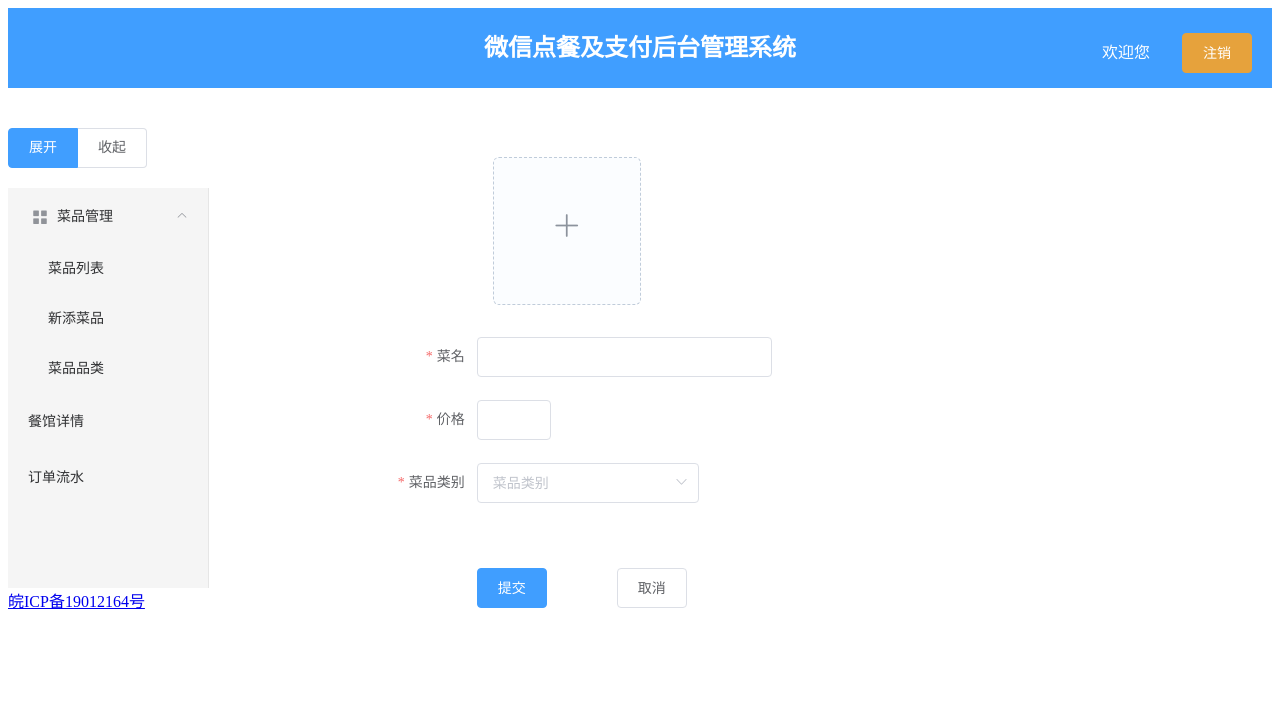
Repository: align-shi/order-web
Page: /pointpayment/hotelTable
An editor plug-in stored every save of this project. The page is shown before and after the next save, followed by the edit.
The browser window is 1280 px wide. The pictures show the whole page.
The page's requests for data from a server got no answer. The project was rebuilt for these pictures with package versions that can differ from the ones it lists, and the page was loaded fresh each time. No one was signed in, and anything a server would have sent is missing. Also part of the build but not shown: src/pages/login.vue.

Above is the page before, as saved 2020-03-11 10:22:27.

After the next save:
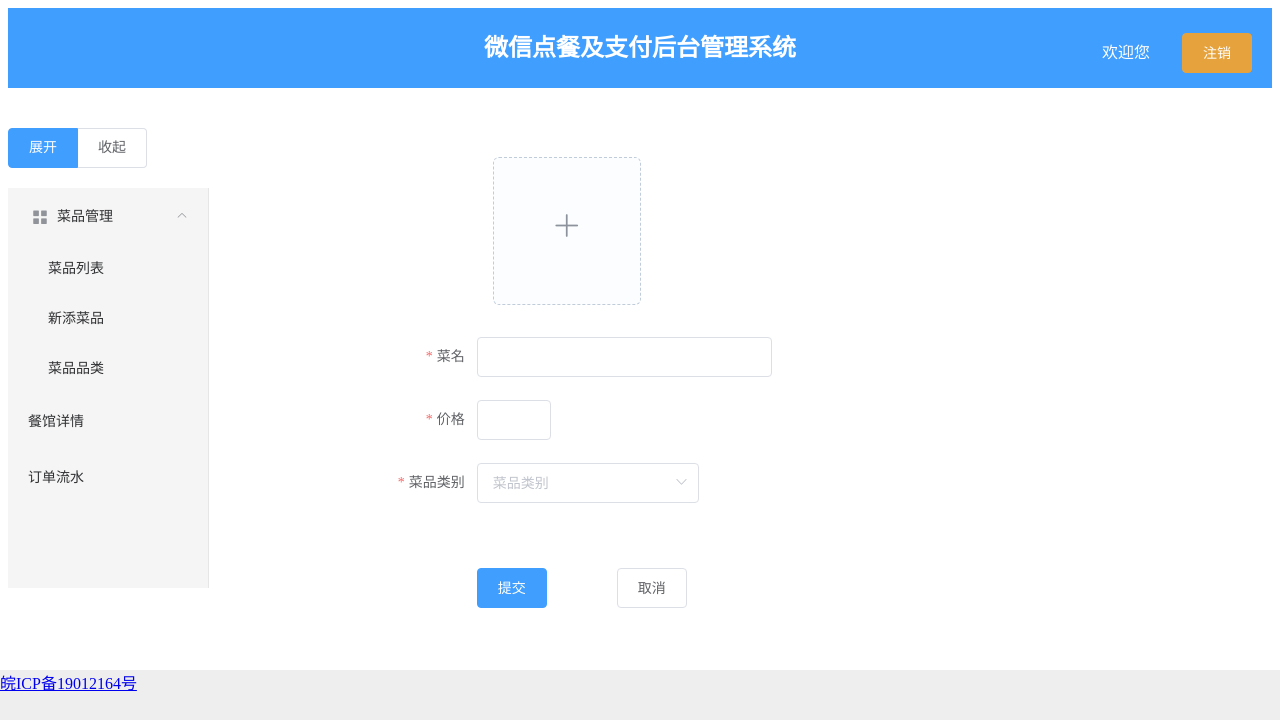
Saved 81 s later.
--- a/index.html
+++ b/index.html
@@ -9,7 +9,7 @@
     <div id="app"></div>
     <!-- built files will be auto injected -->
   </body>
-  <footer>
+  <footer style="position: fixed;left: 0px;bottom: 0px;width: 100%;height: 50px;background-color: #eee;">
     <a href="http://www.beian.miit.gov.cn" target="_blank">皖ICP备19012164号</a>
   </footer>
 </html>
